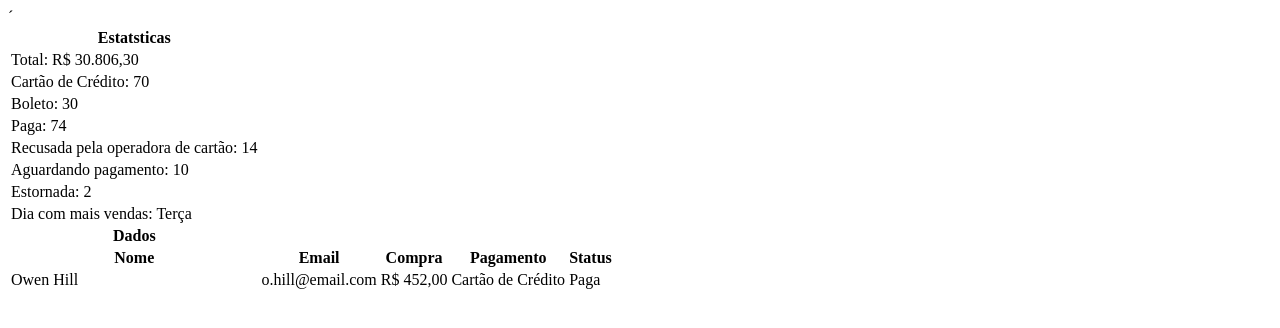
Repository: lucasleitedosreis/exercicios-praticando-typescript
Page: index.html
An editor plug-in stored every save of this project. The page is shown before and after the next save, followed by the edit.
The browser window is 1280 px wide. The pictures show the whole page.
The page's requests for data from a server got no answer.

Above is the page before, as saved 2023-04-13 13:49:49.

After the next save:
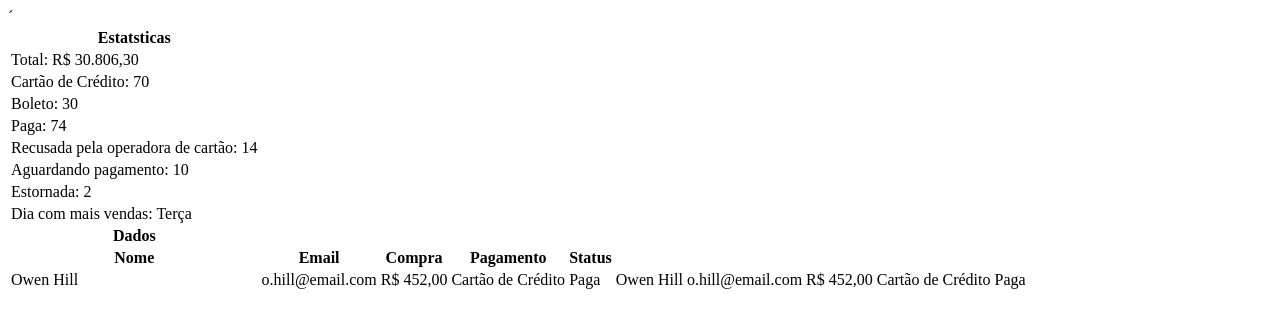
Saved 16 s later.
--- a/index.html
+++ b/index.html
@@ -61,6 +61,11 @@
                 <td colspan="10">R$ 452,00</td>
                 <td colspan="10">Cartão de Crédito</td>
                 <td colspan="10">Paga</td>
+                <td colspan="10">Owen Hill</td>
+                <td colspan="10">o.hill@email.com</td>
+                <td colspan="10">R$ 452,00</td>
+                <td colspan="10">Cartão de Crédito</td>
+                <td colspan="10">Paga</td>
             </tr>
         </tbody>
 

After the save that followed:
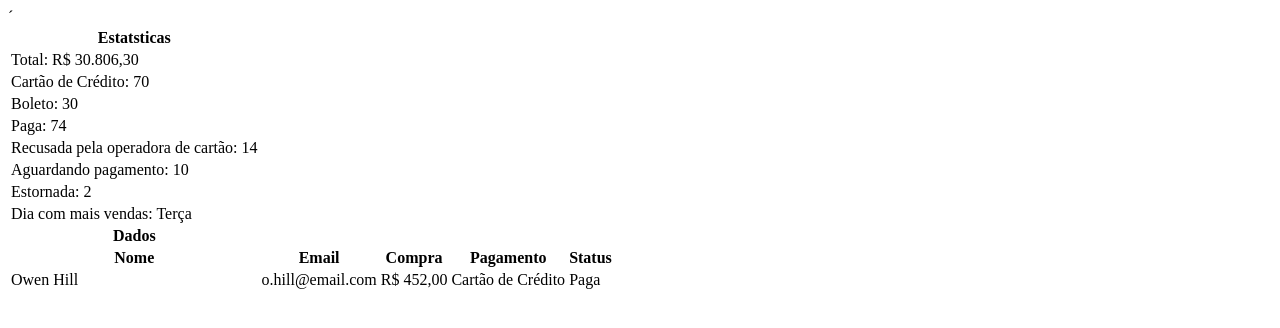
Saved 6 s later.
--- a/index.html
+++ b/index.html
@@ -61,11 +61,6 @@
                 <td colspan="10">R$ 452,00</td>
                 <td colspan="10">Cartão de Crédito</td>
                 <td colspan="10">Paga</td>
-                <td colspan="10">Owen Hill</td>
-                <td colspan="10">o.hill@email.com</td>
-                <td colspan="10">R$ 452,00</td>
-                <td colspan="10">Cartão de Crédito</td>
-                <td colspan="10">Paga</td>
             </tr>
         </tbody>
 
